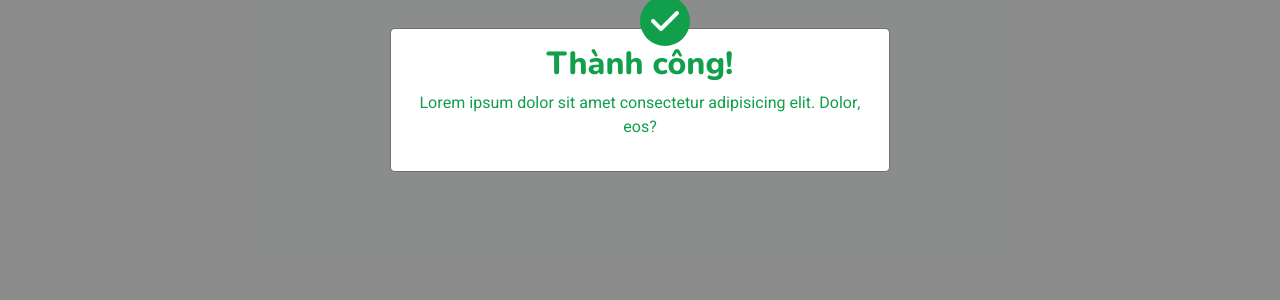
Repository: Dangtrinh28/thuymoc
Page: bookingSuccess.html
An editor plug-in stored every save of this project. The page is shown before and after a run of saves, followed by the edit.
The browser window is 1280 px wide. The pictures show the whole page.
Some web libraries are served in a nearby version.

Above is the page before, as saved 2022-11-25 04:14:07.

### bookingSuccess.html
<!DOCTYPE html>
<html lang="en">

<head>
    <meta charset="UTF-8">
    <meta http-equiv="X-UA-Compatible" content="IE=edge">
    <meta name="viewport" content="width=device-width, initial-scale=1.0">

    <!-- google font link -->
    <link rel="preconnect" href="https://fonts.googleapis.com">
    <link rel="preconnect" href="https://fonts.gstatic.com" crossorigin>
    <link
        href="https://fonts.googleapis.com/css2?family=Heebo:wght@400;500;600&family=Nunito:wght@600;700;800&family=Pacifico&display=swap"
        rel="stylesheet">

    <!-- Icon link -->
    <link rel="stylesheet" href="./assets/font/fontawesome/css/all.min.css">
    <link href="https://cdnjs.cloudflare.com/ajax/libs/font-awesome/5.10.0/css/all.min.css" rel="stylesheet">
    <link href="https://cdn.jsdelivr.net/npm/bootstrap-icons@1.4.1/font/bootstrap-icons.css" rel="stylesheet">

    <!-- link lib -->
    <link rel="stylesheet" href="./assets/lib/animate/animate.min.css">
    <link rel="stylesheet" href="./assets/lib/owlcarousel/assets/owl.carousel.min.css">
    <link rel="stylesheet" href="./assets/lib/tempusdominus/css/tempusdominus-bootstrap-4.min.css">

    <!-- link bootstraps custom  -->
    <link href="./assets/css/bootstrap.css" rel="stylesheet">

    <!-- link custom -->
    <link rel="stylesheet" href="./assets/css/index.css">
    <!-- link custom end-->
    <link rel="icon" type="image/x-icon"
        href="https://scontent.fsgn2-4.fna.fbcdn.net/v/t39.30808-6/301127842_1060078351356985_3224039168656005356_n.jpg?_nc_cat=101&ccb=1-7&_nc_sid=09cbfe&_nc_ohc=boITfAPyxDEAX8ESDnk&_nc_ht=scontent.fsgn2-4.fna&oh=00_AfCC23TquV2izwz9e55nnw0-pZBRnxj3js4zwfv7_lGcQQ&oe=63633C5B">
        <title>Thủy Mộc Restaurant</title>

</head>
<body>
    <div class="container" >
        <div class="modal" style="display: block; background-color: rgba(128, 128, 128,0.9);">
            <div class="modal-dialog">
                <div class="modal-content">
                    <div class="modal-body text-primary text-center">
                        <i class="modal-body-icon fa-solid fa-check"></i>
                        <h2 class="text-primary text-title p">Thành công!</h2>
                        <p>Lorem ipsum dolor sit amet consectetur adipisicing elit. Dolor, eos?</p>
                    </div>
                </div>
            </div>
        </div>
    </div>





    <script src="https://code.jquery.com/jquery-3.4.1.min.js"></script>
    <script src="https://cdn.jsdelivr.net/npm/bootstrap@5.0.2/dist/js/bootstrap.bundle.min.js"></script>
    <script src="https://smtpjs.com/v3/smtp.js"></script>
    <script src="./assets/lib/wow/wow.min.js"></script>
    <script src="./assets/lib/easing/easing.min.js"></script>
    <script src="./assets/lib/waypoints/waypoints.min.js"></script>
    <script src="./assets/lib/counterup/counterup.min.js"></script>
    <script src="./assets/lib/owlcarousel/owl.carousel.min.js"></script>
    <script src="./assets/js/index.js"></script>
</body>
</html>

### assets/css/index.css
:root {
  --primary: ;
}

/* base css */
.hero-header {
  background: linear-gradient(rgba(15, 23, 43, 0.9), rgba(15, 23, 43, 0.9)),
    url(../img/banner/banner2.png);
  background-position: center center;
  background-repeat: no-repeat;
  background-size: cover;
}

.btn {
  font-family: "Nunito", sans-serif;
  font-weight: 500;
  text-transform: uppercase;
  transition: 0.5s;
}

.btn-primary,
.btn-secondary {
  color: var(--bs-white);
}

.product-img {
  width: 100%;
  height: 216px;
  background-position: center;
  background-repeat: no-repeat;
  background-size: cover;
}

/* đặt bàn online */
.video {
  position: relative;
  height: 100%;
  min-height: 500px;
  background: linear-gradient(rgba(15, 23, 43, 0.1), rgba(15, 23, 43, 0.1)),
    url(../img/booking/booking.png);
  background-position: center center;
  background-repeat: no-repeat;
  background-size: cover;
}

.video .btn-play {
  position: absolute;
  z-index: 3;
  top: 50%;
  left: 50%;
  transform: translate(-50%);
  box-sizing: content-box;
  display: block;
  width: 32px;
  height: 44px;
  border-radius: 50%;
  border: none;
  outline: none;
  padding: 18px 20px 18px 28px;
}

.video .btn-play::before {
  content: "";
  position: absolute;
  z-index: 0;
  top: 50%;
  left: 50%;
  transform: translateX(-50%) translateY(-50%);
  display: block;
  width: 100px;
  height: 100px;
  background: var(--bs-primary);
  border-radius: 50%;
  animation: pulse-border 1500ms ease-out infinite;
}

.video .btn-play::after {
  content: "";
  position: absolute;
  z-index: 1;
  left: 50%;
  top: 50%;
  transform: translateX(-50%) translateY(-50%);
  display: block;
  width: 100px;
  height: 100px;
  background: var(--primary);
  border-radius: 50%;
  transition: all 200ms;
}

.video .btn-play img {
  position: relative;
  z-index: 3;
  max-width: 100%;
  width: auto;
  height: auto;
}

.video .btn-play span {
  display: block;
  position: relative;
  z-index: 3;
  width: 0;
  height: 0;
  border-left: 32px solid var(--bs-dark);
  border-top: 22px solid transparent;
  border-bottom: 22px solid transparent;
}

@keyframes pulse-border {
  0% {
    transform: translateX(-50%) translateY(-50%) translateZ(0) scale(1);
    opacity: 1;
  }
  100% {
    transform: translateX(-50%) translateY(-50%) translateZ(0) scale(1.5);
    opacity: 0;
  }
}

/* team */
.w-65 {
  width: 65% !important;
}

/* feedback */
.testimonial-carousel .owl-item.center .testimonial-item {
  background: var(--bs-primary) !important;
  border-color: var(--bs-primary) !important;
}

.testimonial-carousel .owl-item.center .testimonial-item * {
  color: var(--bs-light);
}

.testimonial-carousel .owl-dots {
  margin-top: 24px;
  display: flex;
  align-items: flex-end;
  justify-content: center;
}

.testimonial-carousel .owl-dot {
  position: relative;
  display: inline-block;
  margin: 0 5px;
  width: 15px;
  height: 15px;
  border: 1px solid #ccc;
  border-radius: 15px;
  transition: 0.5s;
}

.testimonial-carousel .owl-dot.active {
  background: var(--bs-primary);
  border-color: var(--bs-primary);
}

.text__height-hiden {
  height: 120px;
  overflow: hidden;
  display: -webkit-box;
  -webkit-box-orient: vertical;
  -webkit-line-clamp: 5;
}

/* footer */
.footer .copyright {
  padding: 25px 0;
  font-size: 15px;
  border-top: 1px solid rgba(256, 256, 256, 0.1);
}

.footer .copyright a {
  color: var(--bs-light);
}

.footer .footer-menu a {
  margin-right: 15px;
  padding-right: 15px;
  border-right: 1px solid rgba(256, 256, 256, 0.1);
}

.back-to-top {
  position: fixed;
  display: none;
  right: 45px;
  bottom: 45px;
  z-index: 99;
}

/* success */
.modal-body-icon {
  position: absolute;
  font-size: 2rem;
  width: 50px;
  height: 50px;
  background: var(--bs-primary);
  color: var(--bs-white);
  border-radius: 50%;
  line-height: 50px;
  top: -33px;
}

/* navbar */
.navbar-dark .navbar-nav .nav-link {
  position: relative;
  margin-left: 25px;
  padding: 15px 0;
  font-size: 15px;
  color: var(--bs-light) !important;
  text-transform: uppercase;
  font-weight: 500;
  outline: none;
  transition: 0.5s;
}

@media (min-width: 992px) {
  .navbar-dark {
    position: absolute;
    width: 100%;
    top: 0;
    left: 0;
    z-index: 999;
    background: transparent !important;
  }
}

.text-featured {
  font-size: 16px;
  line-height: 1.6;
  padding: 20px;
}

.text-featured::first-letter {
  font-size: 30px;
  line-height: 30px;
  float: left;
  display: block;
}

@media (max-width: 992px)  {
  .navbar-dark .navbar-nav .nav-link {
    margin: 0;
  }
}

### assets/js/index.js
(function ($) {
  "use strict";

  // wow js
  new WOW().init();

  //counter-up
  $('[data-toggle="counter-up"]').counterUp({
    delay: 10,
    time: 2000,
  });

  $(window).scroll(function () {
    if ($(this).scrollTop() > 45) {
      $(".navbar").addClass("sticky-top shadow-sm");
    } else {
      $(".navbar").removeClass("sticky-top shadow-sm");
    }
  });

  $(document).ready(function () {
    var $videoSrc;
    $(".btn-play").click(function () {
      $videoSrc = $(this).data("src");
    });
    console.log($videoSrc);

    $("#videoModal").on("shown.bs.modal", function (e) {
      $("#video").attr(
        "src",
        $videoSrc + "?autoplay=1&amp;modestbranding=1&amp;showinfo=0"
      );
    });

    $("#videoModal").on("hide.bs.modal", function (e) {
      $("#video").attr("src", $videoSrc);
    });
  });

  // testimonial-carousel
  $(".testimonial-carousel").owlCarousel({
    autoplay: true,
    smartSpeed: 1500,
    center: true,
    margin: 24,
    dots: true,
    loop: true,
    nav: false,
    responsive: {
      0: {
        items: 1,
      },
      768: {
        items: 2,
      },
      992: {
        item: 3,
      },
    },
  });
  //
  $(window).scroll(function () {
    if ($(this).scrollTop() > 300) {
      $(".back-to-top").fadeIn("slow");
    } else {
      $(".back-to-top").fadeOut("slow");
    }
  });

  $(".back-to-top").click(function () {
    $("html, body").animate({ scrollTop: 0 }, 100, "easeInOutExpo");
    return false;
  });
})(jQuery);

    // pass xcliahnbanukicoz

function sendEmail() {
  let useNames = document.getElementById("names").value;
  let numberPhone = document.getElementById("numberPhone").value;
  let email = document.getElementById("email").value;
  let qualitys = document.getElementById("qualitys").value;
  let times = document.getElementById("times").value;
  let date = document.getElementById("date").value;
  let messages = document.getElementById("messages").value;
  let body = "Tên khách hàng:" + useNames + "<br/> Số điện thoại: " + numberPhone + "<br/> Tên gmail của quý khách: " + email + "<br/> Số lượng khách hàng: " + qualitys + "<br/> Thời gian đến: " + times + "<br/> Ngày đến: " + date + "<br/> Yêu cầu của quý khách: " + messages ;


  Email.send({
    // SMTPport: 2525,
    Host : "smtp.elasticemail.com",
    Username : "nguyencaodangtrinhtv3@gmail.com",
    Password : "B2145E9AB344FD4C1D449007775D22DCDDA7",
    To : 'dtrinhit04@gmail.com',
    From : "nguyencaodangtrinhtv3@gmail.com",
    Subject : "Đặt bàn online tại Thủy Mộc for web",
    Body : body,
}).then(
  message => alert(message)
);
}

Loaded but not shown: assets/font/fontawesome/css/all.min.css (library); assets/lib/animate/animate.min.css (library); assets/lib/owlcarousel/assets/owl.carousel.min.css (common file); assets/lib/tempusdominus/css/tempusdominus-bootstrap-4.min.css (library); assets/css/bootstrap.css (library); assets/lib/wow/wow.min.js (library); assets/lib/easing/easing.min.js (common file); assets/lib/waypoints/waypoints.min.js (library); assets/lib/counterup/counterup.min.js (common file); assets/lib/owlcarousel/owl.carousel.min.js (library)

After the next 2 saves:
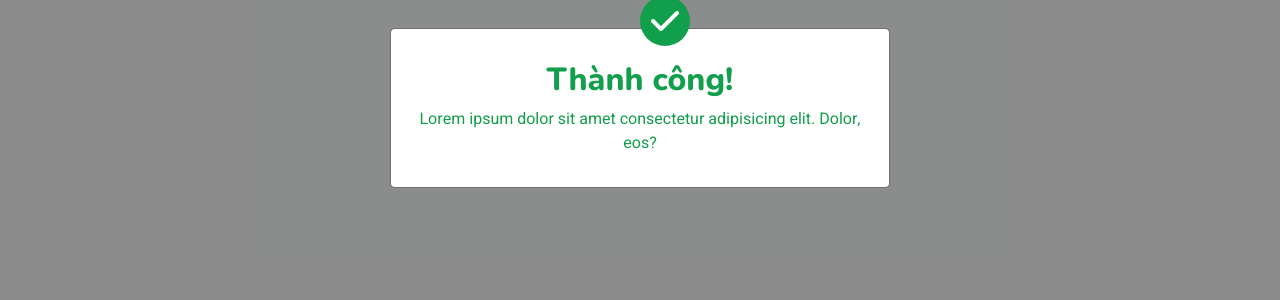
The 2 saves are shown as one change because they came seconds apart.
The last was saved 44 s later.
--- a/bookingSuccess.html
+++ b/bookingSuccess.html
@@ -41,7 +41,7 @@
                 <div class="modal-content">
                     <div class="modal-body text-primary text-center">
                         <i class="modal-body-icon fa-solid fa-check"></i>
-                        <h2 class="text-primary text-title p">Thành công!</h2>
+                        <h2 class="text-primary text-title pt-3">Thành công!</h2>
                         <p>Lorem ipsum dolor sit amet consectetur adipisicing elit. Dolor, eos?</p>
                     </div>
                 </div>
